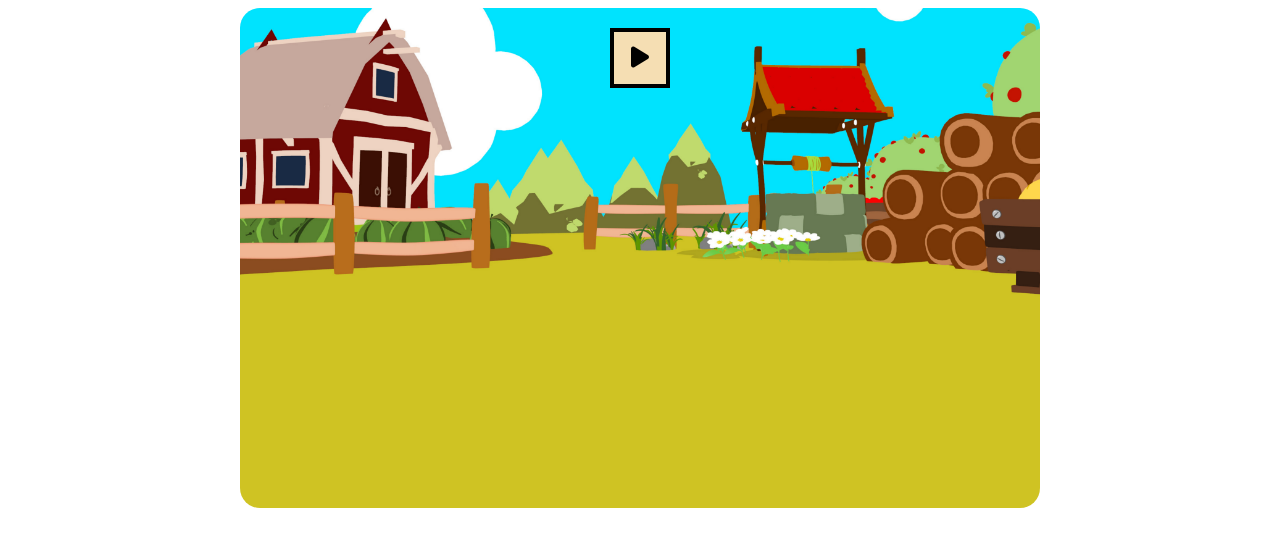
Repository: dhchun1203/browser-practice-works-
Page: carrot/index.html
The author's editor kept a copy of each file at every save. The page is drawn from the files as they stood at one save, then again after the next save.
The browser window is 1280 px wide. The pictures show the whole page.
Some web libraries are served in a nearby version.

Above is the page before, as saved 2021-01-10 18:45:19.

### carrot/index.html
<!DOCTYPE html>
<html lang="en">
	<head>
		<meta charset="UTF-8" />
		<meta name="viewport" content="width=device-width, initial-scale=1.0" />
		<title>Carrot Game</title>
		<link rel="stylesheet" href="style.css" />
		<script
			src="https://kit.fontawesome.com/8b98a99811.js"
			crossorigin="anonymous"
		></script>
		<script src="main.js" defer></script>
	</head>
	<body>
		<section class="game">
			<header class="game__header">
				<button class="game__button">
					<i class="fas fa-play"></i>
				</button>
				<span class="game__timer">0:0</span>
				<span class="game__score">9</span>
			</header>
			<section class="game__field"></section>
		</section>

		<section class="pop-up pop-up--hide">
			<button class="pop-up__refresh">
				<i class="fas fa-redo"></i>
			</button>
			<span class="pop-up__message">Hello</span>
		</section>
	</body>
</html>

### carrot/style.css
button {
	border: none;
	outline: none;
	cursor: pointer;
}
body {
	text-align: center;
}
.game {
	display: flex;
	flex-direction: column;
	width: 800px;
	height: 500px;
	margin: auto;
	background: url(img/background.png) center/cover;
	border-radius: 20px;
}
.game__header {
	display: flex;
	flex-direction: column;
	align-items: center;
	padding: 20px;
}
.game__button {
	width: 60px;
	height: 60px;
	background-color: wheat;
	border: 4px solid black;
	font-size: 24px;
	transition: transform 300ms ease-in;
}
.game__button:hover {
	transform: scale(1.1);
}
.game__timer {
	width: 100px;
	background-color: white;
	text-align: center;
	border: 5px solid black;
	border-radius: 20px;
	font-size: 32px;
	margin-top: 8px;
	display: none;
}
.game__score {
	text-align: center;
	width: 50px;
	height: 50px;
	margin-top: 8px;
	font-size: 46px;
	border: 3px solid black;
	border-radius: 50%;
	background-color: darksalmon;
	color: white;
	display: none;
}
.active {
	display: block;
}
.game__field {
	position: relative;
	width: 100%;
	height: 100%;
	margin-top: 40px;
}
.pop-up {
	display: block;
	width: 400px;
	height: 140px;
	margin: auto;
	padding: 20px;
	background-color: rgba(0, 0, 0, 0.4);
	border-radius: 20px;
	color: white;
	text-align: center;
	transition: transform 300ms ease-in;
	transform: translateY(-150%);
}
.pop-up--hide {
	display: none;
}
.pop-up__refresh {
	width: 60px;
	height: 60px;
	font-size: 24px;
	background-color: wheat;
	border: 2px solid black;
	border-radius: 50%;
}
.pop-up__message {
	display: block;
	font-size: 38px;
}

### carrot/main.js
"use strict";

const field = document.querySelector(".game__field");
const fieldRect = field.getBoundingClientRect();
const CARROT__SIZE = 80;

function initGame() {
	console.log(field);
	addItem("carrot", 5, "img/carrot.png");
	addItem("bug", 5, "img/bug.png");
}

function addItem(className, count, imgPath) {
	const x1 = 0;
	const y1 = 0;
	const x2 = fieldRect.width - CARROT__SIZE;
	const y2 = fieldRect.height - CARROT__SIZE;
	for (let i = 0; i < count; i++) {
		const item = document.createElement("img");
		item.setAttribute("class", className);
		item.setAttribute("src", imgPath);
		item.style.position = "absolute";
		const x = randomNumber(x1, x2);
		const y = randomNumber(y1, y2);
		item.style.left = `${x}px`;
		item.style.top = `${y}px`;
		field.appendChild(item);
	}
}

function randomNumber(min, max) {
	return Math.random() * (max - min) + min;
}

const playtBtn = document.querySelector(".game__button");
playtBtn.addEventListener("click", () => {
	initGame();
	timer();
	counter();
});

const gameTimer = document.querySelector(".game__timer");
function timer() {
	let sec = 30;
	gameTimer.classList.add("active");
	const timer = setInterval(function () {
		gameTimer.innerText = `0:${sec}`;
		sec--;
		if (sec < 0) {
			clearInterval(timer);
		}
	}, 1000);
}

const gameScore = document.querySelector(".game__score");
function counter() {
	gameScore.classList.add("active");
	const carrotNum = document.querySelectorAll(".carrot");
	gameScore.innerText = `${carrotNum.length}`;
}

After the next save:
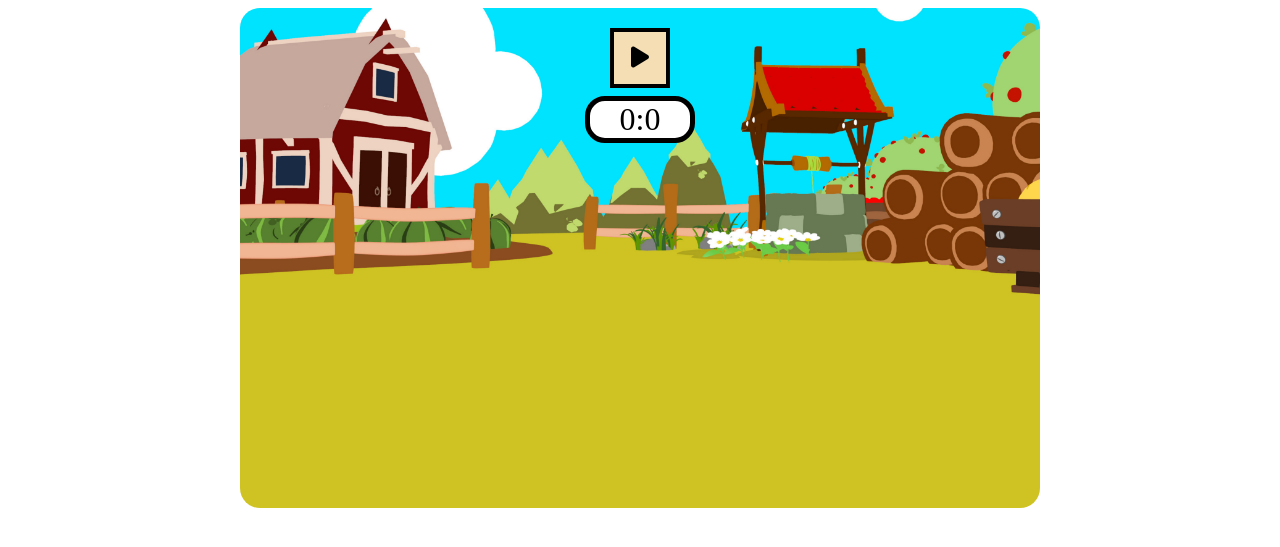
Saved 6 min 11 s later.
--- a/carrot/style.css
+++ b/carrot/style.css
@@ -40,7 +40,7 @@
 	border-radius: 20px;
 	font-size: 32px;
 	margin-top: 8px;
-	display: none;
+	opacity: 1;
 }
 .game__score {
 	text-align: center;
@@ -52,10 +52,10 @@
 	border-radius: 50%;
 	background-color: darksalmon;
 	color: white;
-	display: none;
+	opacity: 0;
 }
 .active {
-	display: block;
+	opacity: 1;
 }
 .game__field {
 	position: relative;

After the save that followed:
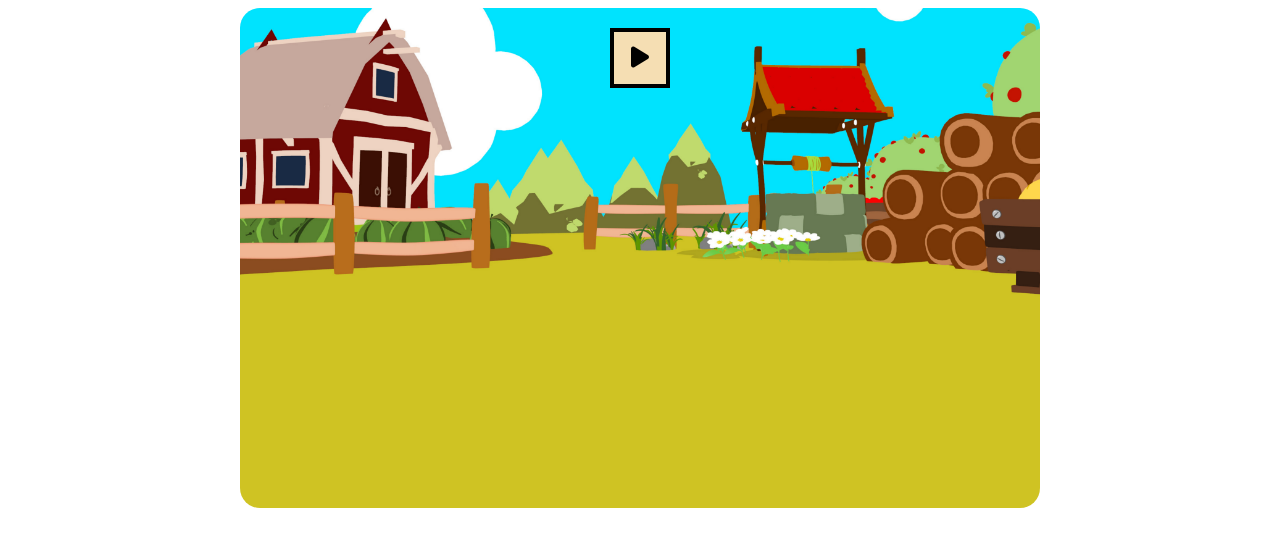
Saved 6 s later.
--- a/carrot/style.css
+++ b/carrot/style.css
@@ -40,7 +40,7 @@
 	border-radius: 20px;
 	font-size: 32px;
 	margin-top: 8px;
-	opacity: 1;
+	opacity: 0;
 }
 .game__score {
 	text-align: center;
